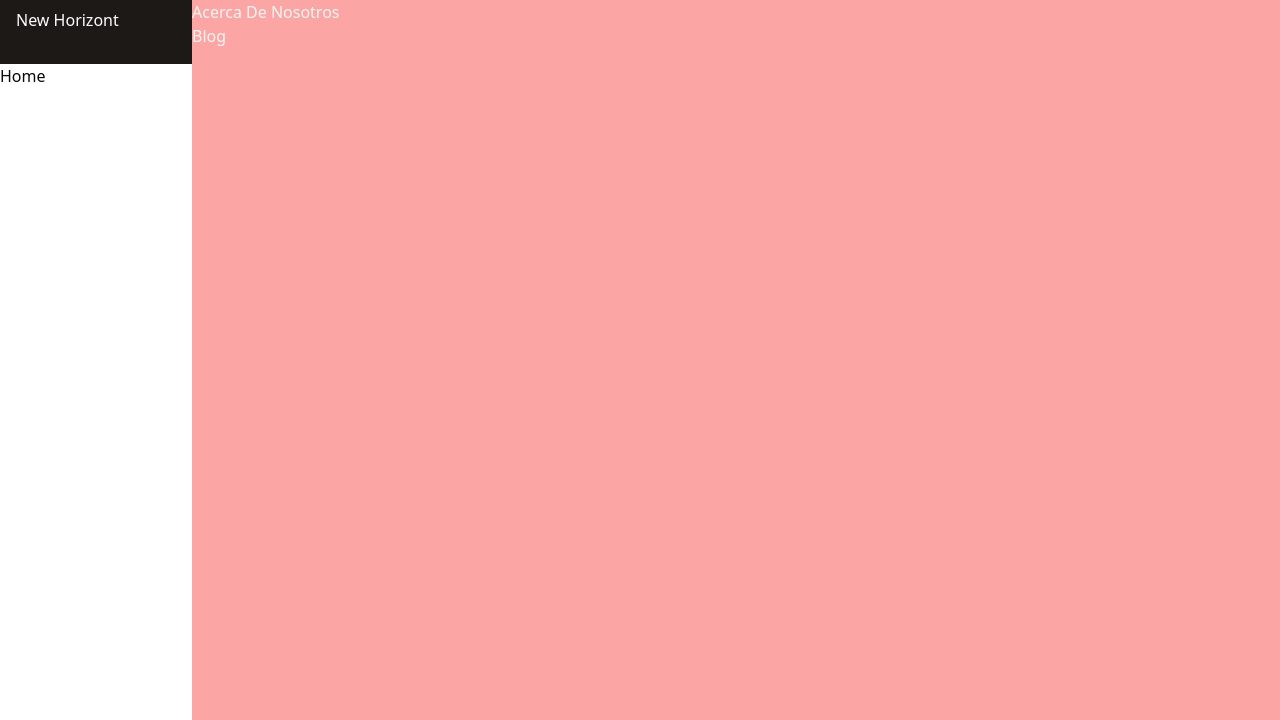
Repository: jefrydep/new-horizont-school
Page: /
The author's editor kept a copy of each file at every save. The page is drawn from the files as they stood at one save, then again after the next save.
The browser window is 1280 px wide. The pictures show the whole page.
The project was rebuilt for these pictures with package versions that can differ from the ones it lists, and the page was loaded fresh each time. The framework's server and built-in components were replaced by stand-ins that run in the browser. Also part of the build but not shown: next.config.ts.

Above is the page before, as saved 2024-11-07 18:11:44.

### src/app/layout.tsx
import type { Metadata } from "next";
import localFont from "next/font/local";
import "./globals.css";
import Navbar from "@/components/Navbar";
import { Button } from "@/components/ui/button";

const geistSans = localFont({
  src: "./fonts/GeistVF.woff",
  variable: "--font-geist-sans",
  weight: "100 900",
});
const geistMono = localFont({
  src: "./fonts/GeistMonoVF.woff",
  variable: "--font-geist-mono",
  weight: "100 900",
});

export const metadata: Metadata = {
  title: "Create Next App",
  description: "Generated by create next app",
};

export default function RootLayout({
  children,
}: Readonly<{
  children: React.ReactNode;
}>) {
  return (
    <html lang="en">
      <body
        className={`   ${geistSans.variable} ${geistMono.variable} antialiased`}
      >
        <Navbar />
        {children}
        <div className=" sm:hidden bg-white border flex justify-center py-3  absolute bottom-0 right-0 left-0">
          <Button className="bg-green-500">
            <span>w</span> Contacto
          </Button>
        </div>
        {/* <div className="absolute bg-red-400 bottom-0 left-1/2 transform -translate-x-1/2 mb-4">
          <Button>Contacto</Button>
        </div> */}
      </body>
    </html>
  );
}

### src/app/(new-horizont-school)/layout.tsx
// import type { Metadata } from "next";
// import localFont from "next/font/local";

import Navbar from "@/components/Navbar";

// const geistSans = localFont({
//   src: "./fonts/GeistVF.woff",
//   variable: "--font-geist-sans",
//   weight: "100 900",
// });
// const geistMono = localFont({
//   src: "./fonts/GeistMonoVF.woff",
//   variable: "--font-geist-mono",
//   weight: "100 900",
// });

// export const metadata: Metadata = {
//   title: "Create Next App",
//   description: "Generated by create next app",
// };

export default function SchoolLayout({
  children,
}: Readonly<{
  children: React.ReactNode;
}>) {
  return (
    <html lang="en">
      <body
      // className={`${geistSans.variable} ${geistMono.variable} antialiased`}
      >
        {children}
      </body>
    </html>
  );
}

### src/app/globals.css
@tailwind base;
@tailwind components;
@tailwind utilities;

/* :root {
  --background: #ffffff;
  --foreground: #171717;
}

@media (prefers-color-scheme: dark) {
  :root {
    --background: #0a0a0a;
    --foreground: #ededed;
  }
}

body {
  color: var(--foreground);
  background: var(--background);
  font-family: Arial, Helvetica, sans-serif;
} */
@layer base {
  :root {
    --background: 0 0% 100%;
    --foreground: 20 14.3% 4.1%;
    --card: 0 0% 100%;
    --card-foreground: 20 14.3% 4.1%;
    --popover: 0 0% 100%;
    --popover-foreground: 20 14.3% 4.1%;
    --primary: 24 9.8% 10%;
    --primary-foreground: 60 9.1% 97.8%;
    --secondary: 60 4.8% 95.9%;
    --secondary-foreground: 24 9.8% 10%;
    --muted: 60 4.8% 95.9%;
    --muted-foreground: 25 5.3% 44.7%;
    --accent: 60 4.8% 95.9%;
    --accent-foreground: 24 9.8% 10%;
    --destructive: 0 84.2% 60.2%;
    --destructive-foreground: 60 9.1% 97.8%;
    --border: 20 5.9% 90%;
    --input: 20 5.9% 90%;
    --ring: 20 14.3% 4.1%;
    --chart-1: 12 76% 61%;
    --chart-2: 173 58% 39%;
    --chart-3: 197 37% 24%;
    --chart-4: 43 74% 66%;
    --chart-5: 27 87% 67%;
    --radius: 0.5rem
  }
  .dark {
    --background: 20 14.3% 4.1%;
    --foreground: 60 9.1% 97.8%;
    --card: 20 14.3% 4.1%;
    --card-foreground: 60 9.1% 97.8%;
    --popover: 20 14.3% 4.1%;
    --popover-foreground: 60 9.1% 97.8%;
    --primary: 60 9.1% 97.8%;
    --primary-foreground: 24 9.8% 10%;
    --secondary: 12 6.5% 15.1%;
    --secondary-foreground: 60 9.1% 97.8%;
    --muted: 12 6.5% 15.1%;
    --muted-foreground: 24 5.4% 63.9%;
    --accent: 12 6.5% 15.1%;
    --accent-foreground: 60 9.1% 97.8%;
    --destructive: 0 62.8% 30.6%;
    --destructive-foreground: 60 9.1% 97.8%;
    --border: 12 6.5% 15.1%;
    --input: 12 6.5% 15.1%;
    --ring: 24 5.7% 82.9%;
    --chart-1: 220 70% 50%;
    --chart-2: 160 60% 45%;
    --chart-3: 30 80% 55%;
    --chart-4: 280 65% 60%;
    --chart-5: 340 75% 55%
  }
}
@layer base {
  * {
    @apply border-border;
  }
  body {
    @apply bg-background text-foreground;
  }
}

### src/components/Navbar.tsx
"use client";
import { Menu } from "lucide-react";
import Link from "next/link";

export default function Navbar() {
  return (
    <header className="bg-primary h-16">
      <div className="flex justify-between m-auto      container px-4 py-2  ">
        <div className="text-white">New Horizont</div>
        <nav className="outline-none hidden sm:block list-none">
          <li className="text-secondary">
            <Link href={"/about"}>Acerca De Nosotros</Link>
          </li>
          <li className="text-secondary">
            <Link href={"/blog"}>Blog</Link>
          </li>
        </nav>
        <nav className="outline-none absolute top-0 bottom-0 right-0 left-48  bg-red-300 z-30  list-none">
          <li className="text-secondary">
            <Link href={"/about"}>Acerca De Nosotros</Link>
          </li>
          <li className="text-secondary">
            <Link href={"/blog"}>Blog</Link>
          </li>
        </nav>
        <div className="  sm:hidden">
          <Menu color="white" size={45} />
        </div>
        {/* <li className="text-secondary">
            <Link href={"/about"}>About</Link>
          </li> */}
      </div>
    </header>
  );
}

### src/components/ui/button.tsx
import * as React from "react"
import { Slot } from "@radix-ui/react-slot"
import { cva, type VariantProps } from "class-variance-authority"

import { cn } from "@/lib/utils"

const buttonVariants = cva(
  "inline-flex items-center justify-center gap-2 whitespace-nowrap rounded-md text-sm font-medium transition-colors focus-visible:outline-none focus-visible:ring-1 focus-visible:ring-ring disabled:pointer-events-none disabled:opacity-50 [&_svg]:pointer-events-none [&_svg]:size-4 [&_svg]:shrink-0",
  {
    variants: {
      variant: {
        default:
          "bg-primary text-primary-foreground shadow hover:bg-primary/90",
        destructive:
          "bg-destructive text-destructive-foreground shadow-sm hover:bg-destructive/90",
        outline:
          "border border-input bg-background shadow-sm hover:bg-accent hover:text-accent-foreground",
        secondary:
          "bg-secondary text-secondary-foreground shadow-sm hover:bg-secondary/80",
        ghost: "hover:bg-accent hover:text-accent-foreground",
        link: "text-primary underline-offset-4 hover:underline",
      },
      size: {
        default: "h-9 px-4 py-2",
        sm: "h-8 rounded-md px-3 text-xs",
        lg: "h-10 rounded-md px-8",
        icon: "h-9 w-9",
      },
    },
    defaultVariants: {
      variant: "default",
      size: "default",
    },
  }
)

export interface ButtonProps
  extends React.ButtonHTMLAttributes<HTMLButtonElement>,
    VariantProps<typeof buttonVariants> {
  asChild?: boolean
}

const Button = React.forwardRef<HTMLButtonElement, ButtonProps>(
  ({ className, variant, size, asChild = false, ...props }, ref) => {
    const Comp = asChild ? Slot : "button"
    return (
      <Comp
        className={cn(buttonVariants({ variant, size, className }))}
        ref={ref}
        {...props}
      />
    )
  }
)
Button.displayName = "Button"

export { Button, buttonVariants }

Loaded but not shown: src/app/(new-horizont-school)/page.tsx (common file); src/lib/utils.ts (common file); tailwind.config.ts (common file)

After the next save:
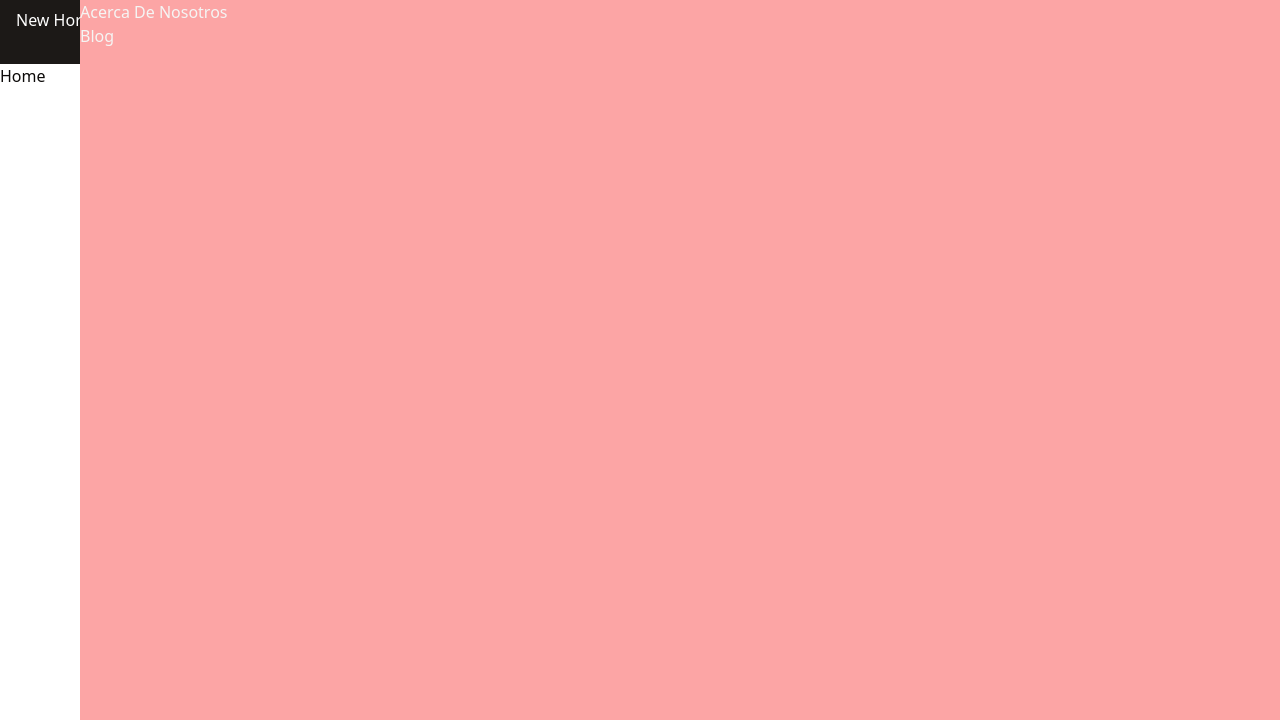
Saved 6 s later.
--- a/src/components/Navbar.tsx
+++ b/src/components/Navbar.tsx
@@ -15,7 +15,7 @@ export default function Navbar() {
             <Link href={"/blog"}>Blog</Link>
           </li>
         </nav>
-        <nav className="outline-none absolute top-0 bottom-0 right-0 left-48  bg-red-300 z-30  list-none">
+        <nav className="outline-none absolute top-0 bottom-0 right-0 left-20  bg-red-300 z-30  list-none">
           <li className="text-secondary">
             <Link href={"/about"}>Acerca De Nosotros</Link>
           </li>
